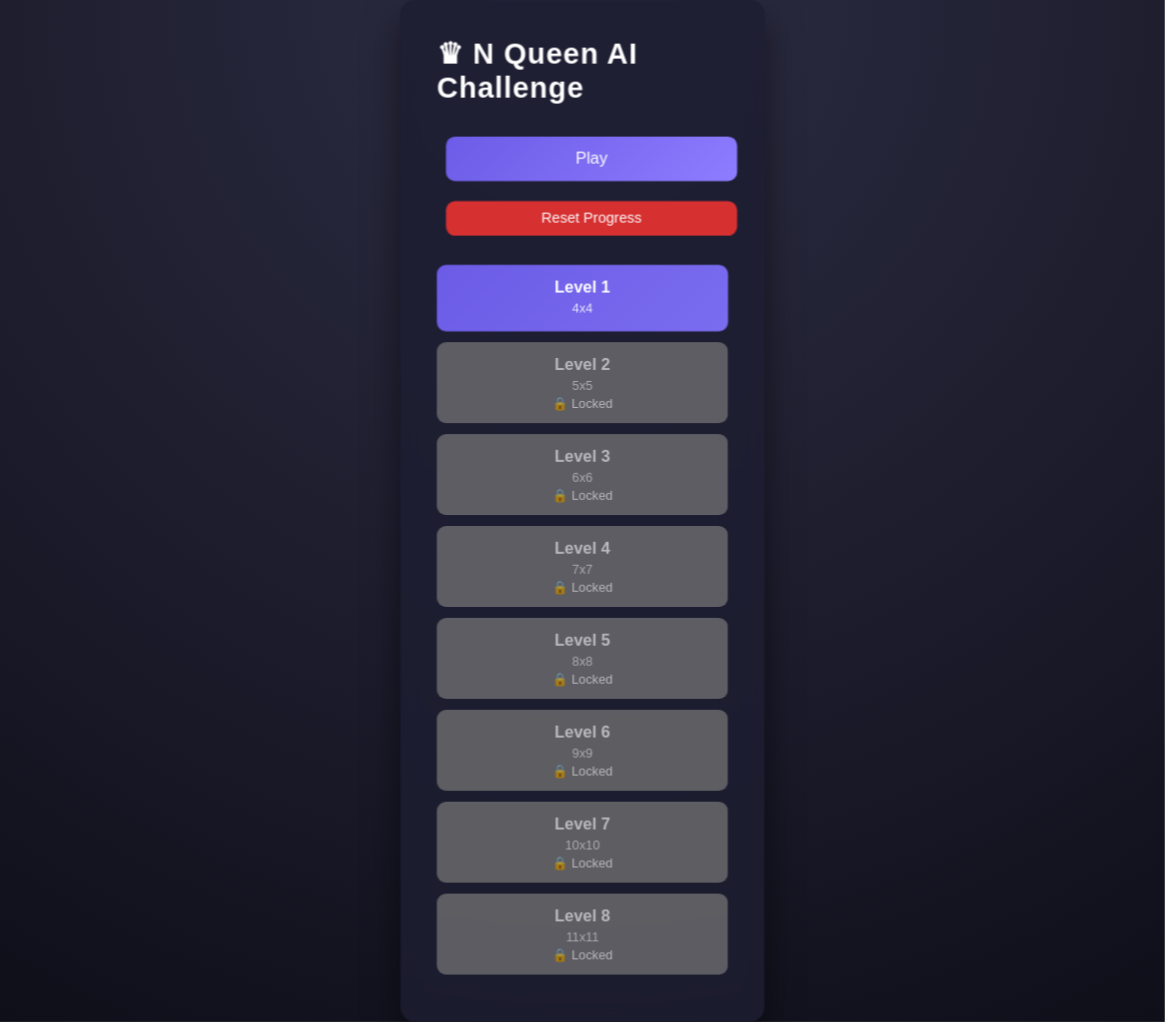
Repository: lissaintech/NQueen
Page: index.html
The author's editor kept a copy of each file at every save. The page is drawn from the files as they stood at one save, then again after the next save.
The browser window is 1280 px wide. The pictures show the whole page, at 91% of full size.

Above is the page before, as saved 2026-03-08 19:25:05.

### index.html
<!DOCTYPE html>
<html>

<head>
    <meta charset="UTF-8">
    <title>N Queen AI Challenge</title>
    <link rel="stylesheet" href="style.css">
</head>

<canvas id="confetti"></canvas>

<body>

    <div id="homeScreen">

<div class="menuCard">

<h1 class="gameTitle">♛ N Queen AI Challenge</h1>

<button class="playBtn" onclick="startLevel(unlockedLevel)">Play</button>

<button class="resetBtn" onclick="resetProgress()">Reset Progress</button>

<div id="levels"></div>

</div>

</div>


    <div id="gameScreen" style="display:none;">

        <h2>Level <span id="levelDisplay"></span></h2>

        <div class="stats">

            Time: <span id="timer">00:00</span>

            Moves: <span id="moves">0</span>

        </div>

        <div id="board"></div>

       <button onclick="checkSolution()">Check</button>
       <button onclick="showHint()">Hint</button>
       <button onclick="solveAI()">AI Solve</button>
        <button onclick="restartLevel()">Restart</button>
        <button onclick="goHome()">Home</button>

    </div>


    <div id="winScreen" style="display:none;">

        <h2>Level Complete</h2>

        <p>Time: <span id="finalTime"></span></p>

        <button onclick="nextLevel()">Next Level</button>

        <button onclick="goHome()">Home</button>

    </div>

    <script src="script.js"></script>

</body>

</html>

### style.css
body{

font-family: Arial, sans-serif;

background: radial-gradient(circle at top,#2d2d44,#0f0f1a);

color:white;

display:flex;
justify-content:center;
align-items:center;

min-height:100vh;

margin:0;

}

/* TITLE */

h1{
margin:0 0 20px 0;
}


/* GENERAL BUTTON STYLE */

button{

padding:12px 20px;

margin:10px;

border:none;

border-radius:8px;

background:#6c5ce7;

color:white;

font-size:16px;

cursor:pointer;

transition:all 0.2s ease;

}

button:hover{
background:#4834d4;
}

button:active{
transform:scale(0.95);
}


/* GAME BOARD */

#board{

display:grid;

justify-content:center;

margin-top:20px;

}

.cell{

width:60px;
height:60px;

display:flex;

align-items:center;
justify-content:center;

font-size:34px;

cursor:pointer;

transition:all 0.15s ease;

}

.white{

background:#f0d9b5;

color:black;

}

.black{

background:#b58863;

}


/* GAME STATS */

.stats{

margin:10px;

font-size:18px;

}


/* QUEEN ICON */

.queen{

width:38px;
height:38px;

pointer-events:none;

}


/* ATTACK HINT GLOW */

.attack{

box-shadow: inset 0 0 12px rgba(255,80,80,0.9);

animation: attackFade 1.2s ease forwards;

}

@keyframes attackFade{

0%{
box-shadow: inset 0 0 18px rgba(255,80,80,1);
}

100%{
box-shadow: inset 0 0 6px rgba(255,80,80,0.25);
}

}


/* MENU CARD */

.menuCard{

background:rgba(30,30,50,0.85);

padding:40px;

border-radius:16px;

box-shadow:0 20px 40px rgba(0,0,0,0.5);

width:320px;

backdrop-filter:blur(10px);

}


/* GAME TITLE */

.gameTitle{

font-size:32px;

margin-bottom:25px;

letter-spacing:1px;

}


/* PLAY BUTTON */

.playBtn{

width:100%;

padding:14px;

font-size:18px;

background:linear-gradient(135deg,#6c5ce7,#8e7dff);

border:none;

border-radius:10px;

margin-bottom:12px;

cursor:pointer;

}

.playBtn:hover{

transform:translateY(-2px);

box-shadow:0 8px 20px rgba(0,0,0,0.4);

}


/* RESET BUTTON */

.resetBtn{

width:100%;

padding:10px;

background:#d63031;

border:none;

border-radius:10px;

margin-bottom:20px;

cursor:pointer;

}

.resetBtn:hover{

background:#b71c1c;

}


/* LEVEL BUTTONS */

#levels button{

display:block;

margin:12px auto;

width:100%;

padding:14px;

font-size:16px;

border-radius:10px;

background:linear-gradient(135deg,#6c5ce7,#7b6df0);

}

#levels button:hover{

transform:translateY(-2px);

box-shadow:0 6px 15px rgba(0,0,0,0.35);

}


/* LOCKED LEVELS */

#levels button:disabled{

background:#7a7a7a;

cursor:not-allowed;

opacity:0.7;

transform:none;

box-shadow:none;

}


.levelCard{

display:flex;
flex-direction:column;

gap:4px;

}

.levelTitle{

font-size:18px;
font-weight:bold;

}

.levelSize{

font-size:14px;
opacity:0.85;

}

.levelMeta{

font-size:14px;

}

.levelCard.locked{

opacity:0.6;

}

.levelCard{

display:flex;
flex-direction:column;

gap:4px;

opacity:0;

transform:translateY(15px);

animation:levelAppear 0.4s ease forwards;

}

@keyframes levelAppear{

to{
opacity:1;
transform:translateY(0);
}

}


/* QUEEN DROP ANIMATION */

.queenDrop{
animation: queenDrop 0.25s ease;
}

@keyframes queenDrop{

0%{
transform: translateY(-20px) scale(0.7);
opacity:0;
}

60%{
transform: translateY(4px) scale(1.05);
opacity:1;
}

100%{
transform: translateY(0) scale(1);
}

}

#confetti{

position:fixed;

top:0;
left:0;

width:100%;
height:100%;

pointer-events:none;

z-index:1000;

}

### script.js
let currentLevel = 1;
let maxLevel = 8;

let n;
let board;

let moves = 0;
let seconds = 0;
let timerInterval;

let unlockedLevel = localStorage.getItem("unlockedLevel") || 1;



// SOUND EFFECTS

const placeSound = new Audio("place.mp3");
const winSound = new Audio("win.mp3");



// SHOW LEVELS SCREEN

function showLevels(){

 document.getElementById("homeScreen").style.display="block";
 document.getElementById("gameScreen").style.display="none";
 document.getElementById("winScreen").style.display="none";

 let levelDiv = document.getElementById("levels");
 levelDiv.innerHTML="";

 for(let i=1;i<=maxLevel;i++){

  let btn=document.createElement("button");
  btn.style.animationDelay = (i * 0.08) + "s";

  let bestTime = localStorage.getItem("bestTime_"+i);

  let size = (i+3)+"x"+(i+3);

  let star = bestTime ? "⭐" : "";

  btn.innerHTML = `
  <div class="levelCard">
  <div class="levelTitle">Level ${i}</div>
  <div class="levelSize">${size}</div>
  <div class="levelMeta">${star} ${bestTime ? bestTime : ""}</div>
  </div>
  `;
  if(i>unlockedLevel){

 btn.disabled=true;

 btn.innerHTML = `
 <div class="levelCard locked">
 <div class="levelTitle">Level ${i}</div>
 <div class="levelSize">${size}</div>
 <div class="levelMeta">🔒 Locked</div>
 </div>
 `;

}else{

 btn.onclick=()=>startLevel(i);

}

   levelDiv.appendChild(btn);
 }
}



// START LEVEL

function startLevel(level){

 currentLevel = level;
 n = level+3;

 board = new Array(n).fill(-1);

 moves = 0;
 seconds = 0;

 updateMoves();
 updateTimerDisplay();

 document.getElementById("levelDisplay").innerText=level;

 document.getElementById("homeScreen").style.display="none";
 document.getElementById("gameScreen").style.display="block";

 createBoard();
 startTimer();
}



// CREATE BOARD

function createBoard(){

 let boardDiv=document.getElementById("board");

 boardDiv.innerHTML="";

 boardDiv.style.gridTemplateColumns=`repeat(${n},60px)`;

 for(let row=0;row<n;row++){

   for(let col=0;col<n;col++){

     let cell=document.createElement("div");

     cell.className="cell "+((row+col)%2==0?"white":"black");

     cell.id=row+"-"+col;

     cell.onclick=()=>placeQueen(row,col);

     boardDiv.appendChild(cell);
   }
 }
}



// PLACE QUEEN

function placeQueen(row,col){

 placeSound.play();

 if(board[row]==col)
   board[row]=-1;
 else
   board[row]=col;

 moves++;

 updateMoves();
 updateBoardUI();

 setTimeout(()=>{
document.querySelectorAll(".attack").forEach(cell=>{
cell.classList.remove("attack");
});
},2000);
}



// UPDATE BOARD

function updateBoardUI(){

 for(let row=0;row<n;row++){
   for(let col=0;col<n;col++){

     let cell=document.getElementById(row+"-"+col);

     cell.classList.remove("attack");

     if(board[row]==col){

      cell.innerText="♛";

      cell.classList.add("queenDrop");

      setTimeout(()=>{
        cell.classList.remove("queenDrop");
      },250);

      }else{

      cell.innerText="";
    }
   }
 }

    document.querySelectorAll(".cell").forEach(cell=>{
    cell.classList.remove("attack");
    });

 // mark attacked cells

 for(let r=0;r<n;r++){

   if(board[r]==-1) continue;

   let c=board[r];

   for(let i=0;i<n;i++){

     // same column
     if(i!=r){
       let cell=document.getElementById(i+"-"+c);
       cell.classList.add("attack");
     }

     // diagonals
     let d1=c+(i-r);
     let d2=c-(i-r);

     if(d1>=0 && d1<n){
       let cell=document.getElementById(i+"-"+d1);
       cell.classList.add("attack");
     }

     if(d2>=0 && d2<n){
       let cell=document.getElementById(i+"-"+d2);
       cell.classList.add("attack");
     }
   }
 }
}



// TIMER

function startTimer(){

 clearInterval(timerInterval);

 timerInterval=setInterval(()=>{

   seconds++;
   updateTimerDisplay();

 },1000);
}



function updateTimerDisplay(){

 let m=Math.floor(seconds/60);
 let s=seconds%60;

 document.getElementById("timer").innerText=
 String(m).padStart(2,'0')+":"+
 String(s).padStart(2,'0');
}



// MOVES

function updateMoves(){

 document.getElementById("moves").innerText=moves;
}



// CHECK SOLUTION

function checkSolution(){

 if(isValid()){

   winSound.play();
  launchConfetti();

   clearInterval(timerInterval);

   saveBestTime();

   unlockNextLevel();

   document.getElementById("finalTime").innerText=
     document.getElementById("timer").innerText;

   document.getElementById("gameScreen").style.display="none";
   document.getElementById("winScreen").style.display="block";

 }else{

   alert("Invalid placement");
 }
}



// SAVE BEST TIME

function saveBestTime(){

 let key="bestTime_"+currentLevel;

 let oldTime=localStorage.getItem(key);

 if(!oldTime || seconds < timeToSeconds(oldTime)){

   localStorage.setItem(key,document.getElementById("timer").innerText);
 }
}



// CONVERT MM:SS TO SECONDS

function timeToSeconds(time){

 let parts=time.split(":");

 return parseInt(parts[0])*60 + parseInt(parts[1]);
}



// UNLOCK NEXT LEVEL

function unlockNextLevel(){

 if(currentLevel>=unlockedLevel){

   unlockedLevel++;

   localStorage.setItem("unlockedLevel",unlockedLevel);
 }
}



// VALIDATE

function isValid(){

 for(let i=0;i<n;i++){

   if(board[i]==-1) return false;

   for(let j=i+1;j<n;j++){

     if(board[i]==board[j]) return false;

     if(Math.abs(board[i]-board[j])==Math.abs(i-j))
       return false;
   }
 }

 return true;
}



// AI SOLVER

function solveAI(){

 let sol=new Array(n).fill(-1);

 if(backtrack(sol,0)){

   board=sol;

   updateBoardUI();
 }
}



function backtrack(sol,row){

 if(row==n) return true;

 for(let col=0;col<n;col++){

   if(isSafe(sol,row,col)){

     sol[row]=col;

     if(backtrack(sol,row+1)) return true;
   }
 }

 sol[row]=-1;

 return false;
}



function isSafe(sol,row,col){

 for(let i=0;i<row;i++){

   if(sol[i]==col) return false;

   if(Math.abs(sol[i]-col)==Math.abs(i-row))
     return false;
 }

 return true;
}



// NAVIGATION

function nextLevel(){

 startLevel(currentLevel+1);
}

function goHome(){

 showLevels();
}



// INIT

showLevels();


//RESTART

function restartLevel(){
 startLevel(currentLevel);
}

//RESET PROGRESS

function resetProgress(){

 if(confirm("Reset all progress?")){

   for(let i=1;i<=maxLevel;i++){
     localStorage.removeItem("bestTime_"+i);
   }

   localStorage.setItem("unlockedLevel",1);
   unlockedLevel = 1;

   showLevels();
 }
}


//CONFETTI

function launchConfetti(){

let canvas=document.getElementById("confetti");
let ctx=canvas.getContext("2d");

canvas.width=window.innerWidth;
canvas.height=window.innerHeight;

let pieces=[];

for(let i=0;i<150;i++){

pieces.push({

x:Math.random()*canvas.width,
y:Math.random()*canvas.height-200,

size:5+Math.random()*5,

speed:2+Math.random()*3,

angle:Math.random()*360

});

}

function draw(){

ctx.clearRect(0,0,canvas.width,canvas.height);

pieces.forEach(p=>{

ctx.fillStyle=`hsl(${Math.random()*360},80%,60%)`;

ctx.fillRect(p.x,p.y,p.size,p.size);

p.y+=p.speed;

});

requestAnimationFrame(draw);

}

draw();

setTimeout(()=>{

ctx.clearRect(0,0,canvas.width,canvas.height);

},2000);

}

After the next save:
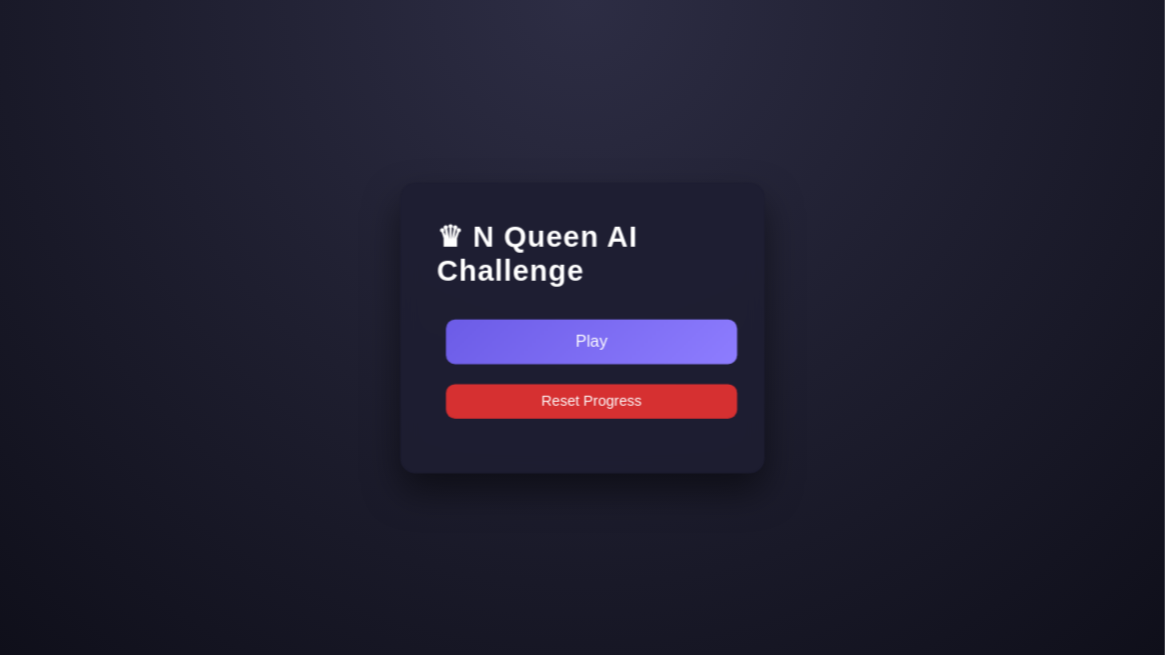
Console error: SyntaxError: Unexpected token ','
Saved 14 s later.
--- a/script.js
+++ b/script.js
@@ -499,3 +499,12 @@ ctx.clearRect(0,0,canvas.width,canvas.height);
 },2000);
 
 }
+
+// useImperativeHandle(
+
+,
+  () => {
+    second
+  },
+  [third],
+)

After the 2 saves that followed:
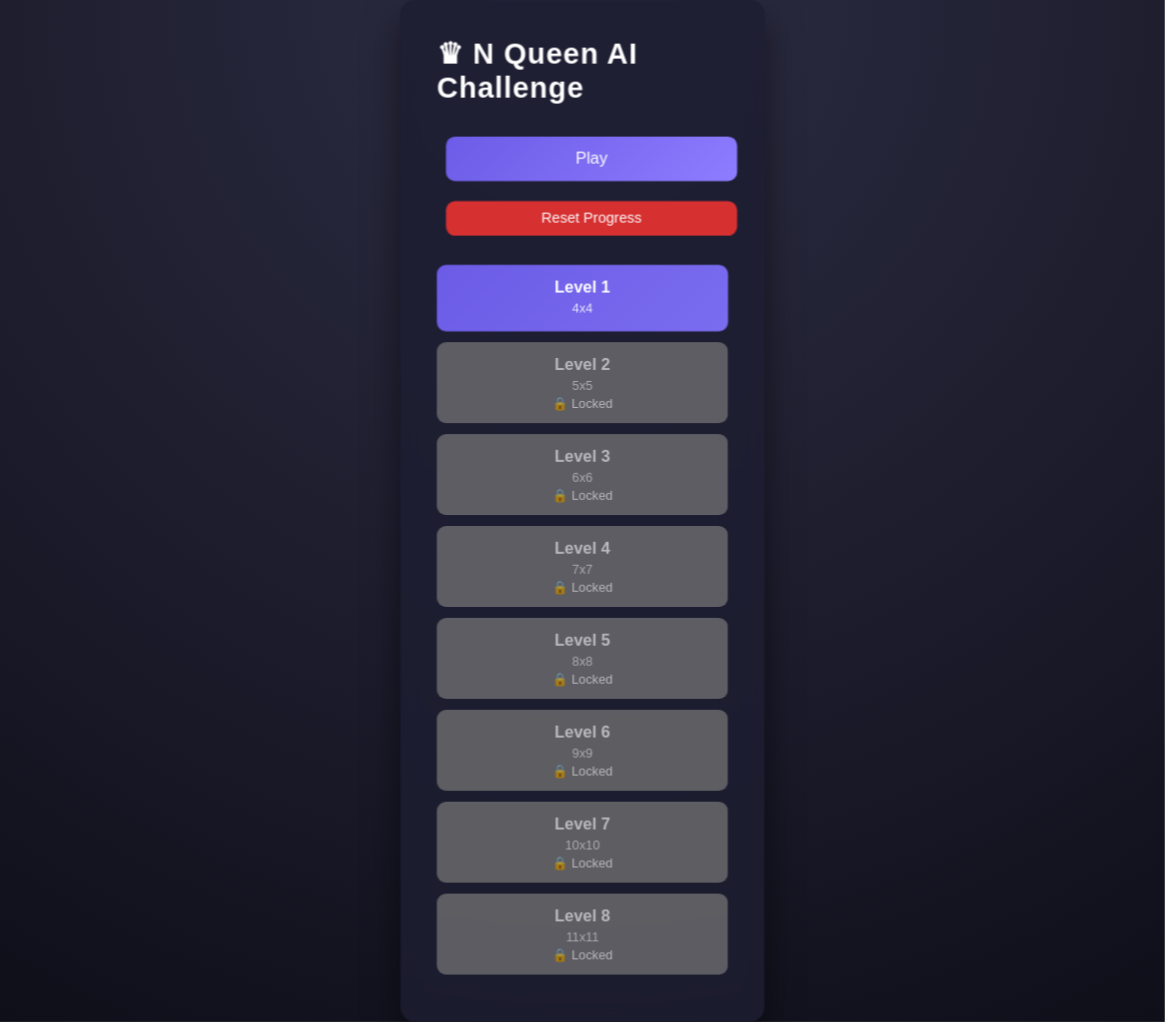
The error is gone.
The 2 saves are shown as one change because they came seconds apart.
The last was saved 7 s later.
--- a/script.js
+++ b/script.js
@@ -500,11 +500,28 @@ ctx.clearRect(0,0,canvas.width,canvas.height);
 
 }
 
-// useImperativeHandle(
-
-,
-  () => {
-    second
-  },
-  [third],
-)
+// HINT
+
+function showHint(){
+
+let solution = new Array(n).fill(-1);
+
+if(backtrack(solution,0)){
+
+for(let i=0;i<n;i++){
+
+if(board[i]===-1){
+
+board[i]=solution[i];
+
+break;
+
+}
+
+}
+
+updateBoardUI();
+
+}
+
+}
